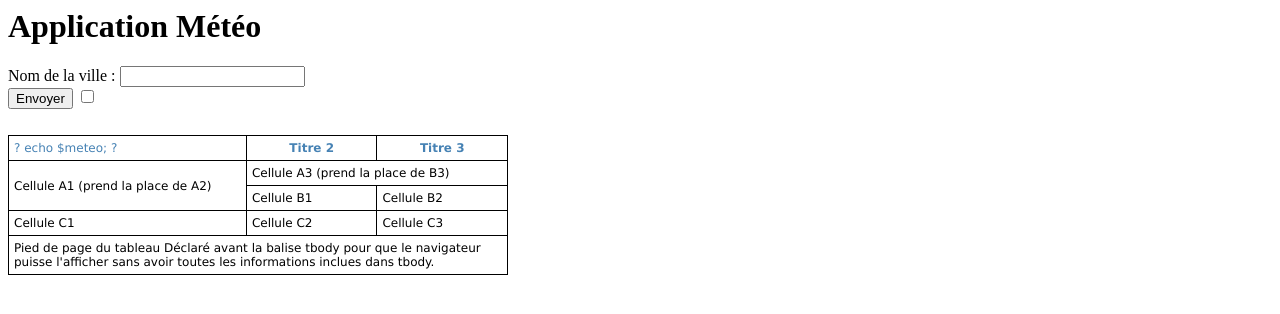
Repository: IFATech-Metz/dev-log-4
Page: projet.html
An editor plug-in stored every save of this project. The page is shown before and after the next save, followed by the edit.
The browser window is 1280 px wide. The pictures show the whole page.
The page's requests for data from a server got no answer.

Above is the page before, as saved 2019-01-21 20:49:49.

After the next save:
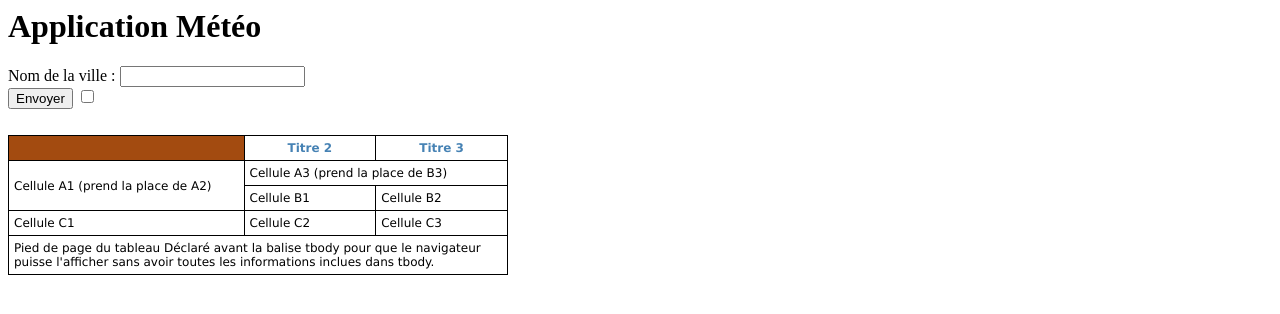
Saved 2 min 6 s later.
--- a/projet.html
+++ b/projet.html
@@ -25,7 +25,7 @@
             <thead>
                <tr style="color:steelblue;">
                 <php>
-                  <td> ? echo $meteo; ?</td>
+                  <td id='latitude'> </td>
                   <th>Titre 2</th>
                   <th>Titre 3</th>
                 </php>
